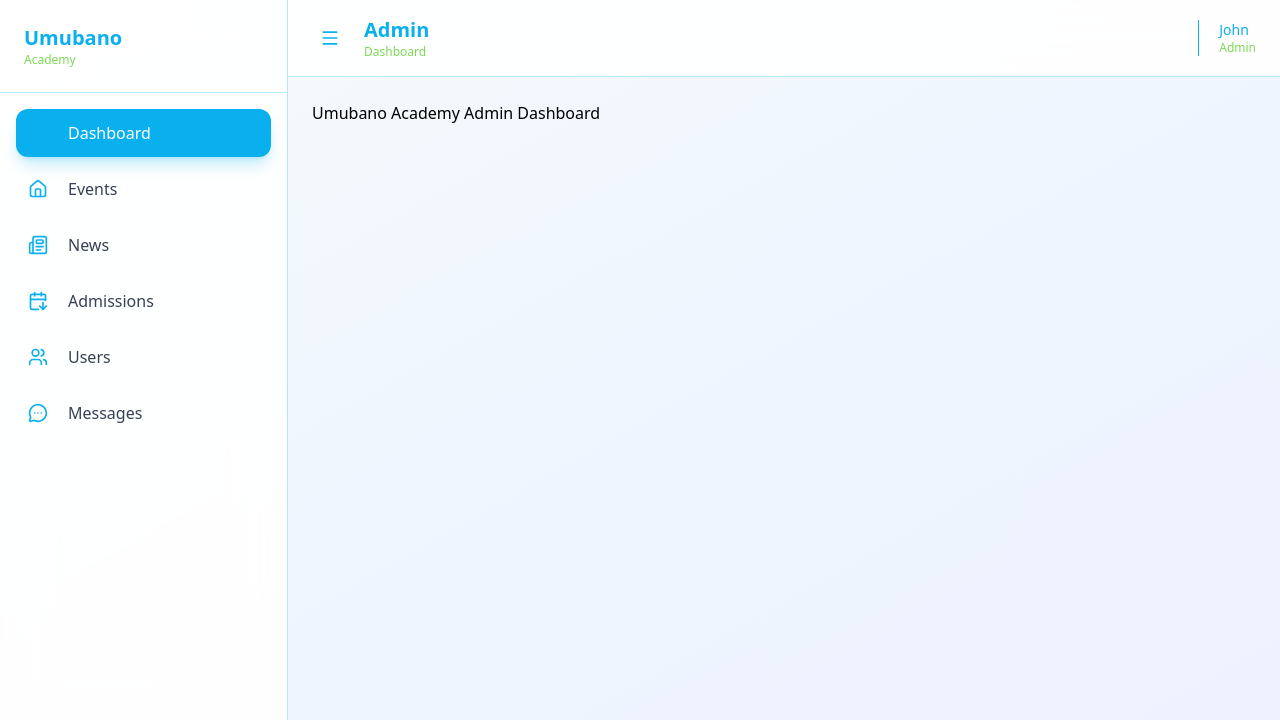
Repository: Umubano-Academy/umubano-academy-website
Page: /admin
The author's editor kept a copy of each file at every save. The page is drawn from the files as they stood at one save, then again after the next save.
The browser window is 1280 px wide. The pictures show the whole page.
The project was rebuilt for these pictures with package versions that can differ from the ones it lists, and the page was loaded fresh each time. Also part of the build but not shown: vite.config.js, src/components/guest/NavBar.jsx, src/components/guest/Hero.jsx, src/components/guest/Event.jsx, src/components/guest/News.jsx, src/components/guest/Footer.jsx, src/components/guest/Layout.jsx, src/components/guest/Contact.jsx and 9 more. Imported but missing from the stored project, and not drawn on this page: src/assets/addons/Primary-Enrolment-Handout-2025.pdf, src/assets/addons/Secondary-Enrolment-Handout-2025-2026.pdf.

Above is the page before, as saved 2026-01-20 09:53:07.

### index.html
<!doctype html>
<html lang="en">
  <head>
    <meta charset="UTF-8" />
    <!-- <link rel="icon" type="image/svg+xml" href="/vite.svg" /> -->
    <meta name="viewport" content="width=device-width, initial-scale=1.0" />
    <title>umubano-academy</title>
  </head>
  <body>
    <div id="root"></div>
    <script type="module" src="/src/main.jsx"></script>
  </body>
</html>

### src/App.jsx
import React from 'react'
import { BrowserRouter, Route, Routes } from 'react-router-dom'
import NavBar from './components/guest/NavBar'
import Hero from './components/guest/Hero'
import Event from './components/guest/Event'
import News from './components/guest/News'
import Layout from './components/guest/Layout'
import Home from './components/guest/Home'
import Admission from './components/guest/Admission'
import Academic from './components/guest/Academic'
import About from './components/guest/About'
import LayOut from './components/admin/LayOut'
import Dashboard from './components/admin/pages/Dashboard'
import Login from './components/guest/forms/Login'
import ResetPassword from './components/guest/forms/ResetPassword'
import Primary from './components/guest/primary'


function App() {
  return (
    <BrowserRouter>

    <Routes>
      <Route path='/' element={<Layout />}>
      <Route index element={<Home />} />
      <Route path='/admissions' element={<Admission />} />
      <Route path='/academic' element={<Academic />} />
      <Route path='/aboutus' element={<About />} />
      <Route path='/login' element={<Login />} />
      <Route path="/password-reset" element={<ResetPassword />} />
      <Route path='/primary' element={<Primary />} />
      </Route>

      <Route path='/admin' element={<LayOut />}>
      <Route index element={<Dashboard />} />
      </Route>
    </Routes>
    </BrowserRouter>

  )
}

export default App

### src/components/admin/LayOut.jsx
import React, { useEffect, useState } from 'react'
import SideBar from '../admin/sidebar/SideBar'
import Header from '../admin/Header/Header'
import { Outlet } from 'react-router-dom'

function LayOut() {

  const [sideBarCollapsed, setSideBarCollapsed] = useState(false);
  const [currentPage, setCurrentPage] = useState("dashboard");

  useEffect(() =>{
    const handlerResize = () =>{
      if(window.innerWidth <1024){
        setSideBarCollapsed(true);
      }else{
        setSideBarCollapsed(false);
      }
    };

    handlerResize();
    window.addEventListener("resize", handlerResize)
    return () => window.removeEventListener("resize", handlerResize);
  },  []);
  return (

    <div className=' min-h-screen bg-gradient-to-br from-slate-50 via-blue-50 to-indigo-50 dark:from-slate-900 dark:via-slate-800 dark:to-slate-900 transition-all duration-500 '>
       <div className=' flex h-screen overflow-hidden' >
      <SideBar
          collapsed={sideBarCollapsed}
          onToggle={() => setSideBarCollapsed(!sideBarCollapsed)}
          currentPage={currentPage}
          onPageChange={setCurrentPage}
        />

      <div className='flex-1 flex flex-col overflow-hidden'>
          <Header
            sideBarCollapsed={sideBarCollapsed}
            onToggleSidebar={() => setSideBarCollapsed(!sideBarCollapsed)}
          />
          <div className='flex-1 overflow-y-auto bg-transparent'>
            <div className='p-6 space-y-6'>
              <Outlet />
            </div>
          </div>
        </div>
    </div>
    </div>

  )
}

export default LayOut

### src/components/admin/pages/Dashboard.jsx
// import React from "react";
// import { stats, bookingGraphData } from "./dashboardData";
// import {
//   Users,
//   ShoppingBag,
//   BadgeDollarSign,
//   TrendingUp,
// } from "lucide-react";
// import {
//   LineChart,
//   Line,
//   XAxis,
//   YAxis,
//   CartesianGrid,
//   Tooltip,
//   ResponsiveContainer,
// } from "recharts";

// function Dashboard() {
//   return (
//     <div className="p-6 space-y-6">

//       <h1 className="text-2xl font-bold text-slate-800 dark:text-white">
//         Dashboard Overview
//       </h1>


//       <div className="grid grid-cols-1 md:grid-cols-3 gap-6">

//         {/* USERS CARD */}
//         <div className="p-6 bg-white/80 dark:bg-slate-900/80 rounded-2xl shadow-lg border border-slate-200/50 dark:border-slate-700/50">
//           <div className="flex items-center justify-between mb-3">
//             <Users className="w-8 h-8 text-orange-500" />
//             <span className="text-green-500 text-sm">{stats.users.growth}</span>
//           </div>
//           <h2 className="text-3xl font-bold dark:text-white">
//             {stats.users.thisYear}
//           </h2>
//           <p className="text-slate-500 dark:text-slate-300 text-sm mt-1">
//             Users This Year
//           </p>
//         </div>

//         {/* BOOKINGS CARD */}
//         <div className="p-6 bg-white/80 dark:bg-slate-900/80 rounded-2xl shadow-lg border border-slate-200/50 dark:border-slate-700/50">
//           <div className="flex items-center justify-between mb-3">
//             <ShoppingBag className="w-8 h-8 text-orange-500" />
//             <span className="text-green-500 text-sm">+12%</span>
//           </div>
//           <h2 className="text-3xl font-bold dark:text-white">
//             {stats.bookings.total}
//           </h2>
//           <p className="text-slate-500 dark:text-slate-300 text-sm mt-1">
//             Total Bookings
//           </p>
//         </div>

//         {/* REVENUE CARD */}
//         <div className="p-6 bg-white/80 dark:bg-slate-900/80 rounded-2xl shadow-lg border border-slate-200/50 dark:border-slate-700/50">
//           <div className="flex items-center justify-between mb-3">
//             <BadgeDollarSign className="w-8 h-8 text-orange-500" />
//             <span className="text-green-500 text-sm">{stats.revenue.growth}</span>
//           </div>
//           <h2 className="text-3xl font-bold dark:text-white">
//             {stats.revenue.thisMonth.toLocaleString()} RWF
//           </h2>
//           <p className="text-slate-500 dark:text-slate-300 text-sm mt-1">
//             Revenue This Month
//           </p>
//         </div>
//       </div>

//       {/* BOTTOM 3 SUMMARY CARDS */}
//       <div className="grid grid-cols-1 md:grid-cols-3 gap-6">

//         {/* USER BREAKDOWN */}
//         <div className="p-6 bg-white/80 dark:bg-slate-900/80 rounded-xl border border-slate-200/50 dark:border-slate-700/50">
//           <h3 className="font-semibold dark:text-white mb-3">User Summary</h3>
//           <ul className="space-y-1 text-sm text-slate-600 dark:text-slate-300">
//             <li>Today: {stats.users.today}</li>
//             <li>Yesterday: {stats.users.yesterday}</li>
//             <li>Last Week: {stats.users.lastWeek}</li>
//             <li>Last Year: {stats.users.lastYear}</li>
//           </ul>
//         </div>

//         {/* BOOKING BREAKDOWN */}
//         <div className="p-6 bg-white/80 dark:bg-slate-900/80 rounded-xl border border-slate-200/50 dark:border-slate-700/50">
//           <h3 className="font-semibold dark:text-white mb-3">Booking Summary</h3>
//           <ul className="space-y-1 text-sm text-slate-600 dark:text-slate-300">
//             <li>Today: {stats.bookings.today}</li>
//             <li>Pending: {stats.bookings.pending}</li>
//             <li>Completed: {stats.bookings.completed}</li>
//             <li>Cancelled: {stats.bookings.cancelled}</li>
//           </ul>
//         </div>

//         {/* REVENUE BREAKDOWN */}
//         <div className="p-6 bg-white/80 dark:bg-slate-900/80 rounded-xl border border-slate-200/50 dark:border-slate-700/50">
//           <h3 className="font-semibold dark:text-white mb-3">Revenue Summary</h3>
//           <ul className="space-y-1 text-sm text-slate-600 dark:text-slate-300">
//             <li>Total Revenue: {stats.revenue.total.toLocaleString()} RWF</li>
//             <li>This Month: {stats.revenue.thisMonth.toLocaleString()} RWF</li>
//             <li>Pending: {stats.revenue.pending.toLocaleString()} RWF</li>
//             <li>Last Month: {stats.revenue.lastMonth.toLocaleString()} RWF</li>
//           </ul>
//         </div>
//       </div>

//       {/* BOOKINGS CHART */}
//       <div className="p-6 bg-white/80 dark:bg-slate-900/80 border border-slate-200/50 dark:border-slate-700/50 rounded-xl shadow-md">
//         <h2 className="text-lg font-bold mb-4 dark:text-white">
//           Bookings This Week
//         </h2>

//         <ResponsiveContainer width="100%" height={300}>
//           <LineChart data={bookingGraphData}>
//             <CartesianGrid strokeDasharray="3 3" />
//             <XAxis dataKey="day" />
//             <YAxis />
//             <Tooltip />
//             <Line
//               type="monotone"
//               dataKey="bookings"
//               stroke="#f97316"
//               strokeWidth={3}
//             />
//           </LineChart>
//         </ResponsiveContainer>
//       </div>
//     </div>
//   );
// }

// export default Dashboard;




import React from 'react'

function Dashboard() {
  return (
    <div className=' te '>
      Umubano Academy Admin Dashboard
    </div>
  )
}

export default Dashboard

### src/components/admin/sidebar/SideBar.jsx
import React, { useState } from "react";
import menuData from "./data/menuData";
import { Link } from "react-router-dom";
import { GraduationCap } from "lucide-react";

function SideBar({ collapsed, onToggle, currentPage, onPageChange }) {
  const [expandedItems, setExpandedItems] = useState(new Set(["dashboard"]));

  const toggleExpand = (itemId) => {
    const updated = new Set(expandedItems);
    updated.has(itemId) ? updated.delete(itemId) : updated.add(itemId);
    setExpandedItems(updated);
  };

  return (
    <div
      className={`${
        collapsed ? "w-20" : "w-72"
      } transition-all duration-300 ease-in-out bg-white/90 backdrop-blur-xl border-r border-[#0AB0EE]/30 flex flex-col relative z-10`}
    >
      {/* Header Logo */}
      <div className="p-6 border-b border-[#0AB0EE]/30">
        <div className="flex items-center space-x-3">
          {/* <div className="w-12 h-12 bg-[#FFDE59] text-[#0AB0EE] flex items-center justify-center rounded-xl">
            <GraduationCap size={28} />
          </div> */}

          {!collapsed && (
            <div>
              <h1 className="text-xl font-bold text-[#0AB0EE]">Umubano</h1>
              <p className="text-xs text-[#7ED956]">Academy</p>
            </div>
          )}
        </div>
      </div>

      {/* Navigation Menu */}
      <nav className="flex-1 space-y-2 p-4 overflow-y-auto">
        {menuData.map((item) => (
          <div key={item.id}>
            {/* Main Menu Item */}
            <Link
              to={item.path}
              className={`w-full flex items-center justify-between p-3 rounded-xl cursor-pointer transition-all duration-200 ${
                currentPage === item.id
                  ? "bg-[#0AB0EE] text-white shadow-lg shadow-[#0AB0EE]/25"
                  : "text-gray-700 hover:bg-[#FFDE59]/20"
              }`}
              onClick={() => {
                if (item.submenu) {
                  toggleExpand(item.id);
                } else {
                  onPageChange(item.id);
                }
              }}
            >
              <div className="flex items-center space-x-3">
                <item.icon className="w-5 h-5 text-[#0AB0EE]" />

                {!collapsed && (
                  <>
                    <span className="font-medium ml-2">{item.label}</span>
                    {item.count && (
                      <span className="px-2 py-1 rounded-full text-center text-sm bg-[#7ED956]/30 text-[#0AB0EE]">
                        {item.count}
                      </span>
                    )}
                  </>
                )}
              </div>

              {/* Submenu Arrow */}
              {!collapsed && item.submenu && (
                <span
                  className={`transition-transform text-[#0AB0EE] ${
                    expandedItems.has(item.id) ? "rotate-90" : ""
                  }`}
                >
                  ▶
                </span>
              )}
            </Link>

            {/* Submenu */}
            {item.submenu && expandedItems.has(item.id) && !collapsed && (
              <div className="ml-10 mt-1 space-y-1 transition-all duration-300">
                {item.submenu.map((sub) => (
                  <Link
                    key={sub.id}
                    to={sub.path}
                    onClick={() => onPageChange(sub.id)}
                    className={`block p-2 rounded-lg text-sm ${
                      currentPage === sub.id
                        ? "bg-[#7ED956] text-white"
                        : "text-gray-600 hover:bg-[#FFDE59]/20"
                    }`}
                  >
                    {sub.label}
                  </Link>
                ))}
              </div>
            )}
          </div>
        ))}
      </nav>
    </div>
  );
}

export default SideBar;

### src/components/admin/Header/Header.jsx
import React, { useState, useEffect, useRef } from "react";
import { Menu, User, Cog, LogOut } from "lucide-react";

function Header({ sideBarCollapsed, onToggleSidebar }) {
  const [openDropdown, setOpenDropdown] = useState(null);
  const dropdownRef = useRef();
  const [userInfo, setUserInfo] = useState({
    first_name: "John",
    roles: "Admin",
  });

  // Close dropdown when clicking outside
  useEffect(() => {
    function handleClickOutside(e) {
      if (dropdownRef.current && !dropdownRef.current.contains(e.target)) {
        setOpenDropdown(null);
      }
    }
    document.addEventListener("mousedown", handleClickOutside);
    return () => document.removeEventListener("mousedown", handleClickOutside);
  }, []);

  const handleNavigate = (path) => {
    console.log("Navigate to:", path);
    setOpenDropdown(null);
  };

  return (
    <div className="bg-white/90 backdrop-blur-xl border-b border-[#0AB0EE]/30 px-6 py-4 relative z-40">
      <div className="flex items-center justify-between">
        {/* Left Section */}
        <div className="flex items-center space-x-4">
          <button
            className="p-2 rounded-lg text-[#0AB0EE] hover:bg-[#FFDE59]/30 transition-colors"
            onClick={onToggleSidebar}
          >
            <Menu className="w-5 h-5" />
          </button>

          <div className="hidden md:block">
            <p className="text-xl font-black text-[#0AB0EE]">Admin</p>
            <p className="text-xs font-medium text-[#7ED956]">Dashboard</p>
          </div>
        </div>

        {/* Right Section */}
        <div className="flex items-center space-x-3" ref={dropdownRef}>
          {/* User Menu */}
          <div className="relative">
            <button
              onClick={() =>
                setOpenDropdown(openDropdown === "user" ? null : "user")
              }
              className="flex items-center pl-3 border-l border-[#0AB0EE]"
            >
              <User className="w-5 h-5 text-[#0AB0EE] md:hidden" />

              <div className="hidden md:flex flex-col ml-2 text-left">
                <p className="text-sm font-medium text-[#0AB0EE]">
                  {userInfo?.first_name}
                </p>
                <p className="text-xs text-[#7ED956]">{userInfo?.roles}</p>
              </div>
            </button>

            {openDropdown === "user" && (
              <div className="absolute right-0 mt-2 w-48 bg-white shadow-xl rounded-xl overflow-hidden z-50 border border-[#0AB0EE]/30">
                <button
                  onClick={() => handleNavigate("/marchant/myprofile")}
                  className="flex items-center space-x-2 w-full px-4 py-2 hover:bg-[#FFDE59]/30 transition-colors"
                >
                  <User className="w-4 h-4 text-[#0AB0EE]" /> <span>Profile</span>
                </button>
                <button
                  onClick={() => handleNavigate("/marchant/update-profile")}
                  className="flex items-center space-x-2 w-full px-4 py-2 hover:bg-[#FFDE59]/30 transition-colors"
                >
                  <Cog className="w-4 h-4 text-[#0AB0EE]" /> <span>Settings</span>
                </button>
                <button
                  className="flex items-center space-x-2 w-full px-4 py-2 text-red-600 hover:bg-red-100 dark:hover:bg-red-800/30 transition-colors"
                >
                  <LogOut className="w-4 h-4" /> <span>Logout</span>
                </button>
              </div>
            )}
          </div>
        </div>
      </div>
    </div>
  );
}

export default Header;

### src/components/admin/sidebar/data/menuData.js
import {
  House,

  Users,
  CalendarArrowDown,
  LayoutDashboard,
  MessageCircleMore,
  Newspaper,
} from "lucide-react";

const menuData = [
  {
    id: "dashboard",
    title: "dashboard",
    label: "Dashboard",
    path: "/admin",
    icon: LayoutDashboard,
  },
  {
    id: "events",
    title: "eventss",
    label: "Events",
    path: "/admin/eventss",
    icon: House,
  },
  {
    id: "news",
    title: "news",
    label: "News",
    path: "/admin/news",
    icon: Newspaper,
  },
  {
    id: "admission",
    title: "admission",
    label: "Admissions",
    path: "/admin/admission",
    icon: CalendarArrowDown,
  },

  {
    id: "users",
    title: "users",
    label: "Users",
    path: "/admin/users",
    icon: Users,
  },
  {
    id: "messages",
    title: "messagess",
    label: "Messages",
    path: "/admin/messages",
    icon: MessageCircleMore,
  },
];


export default menuData;

Loaded but not shown: src/main.jsx (common file); src/index.css (common file)

After the next save:
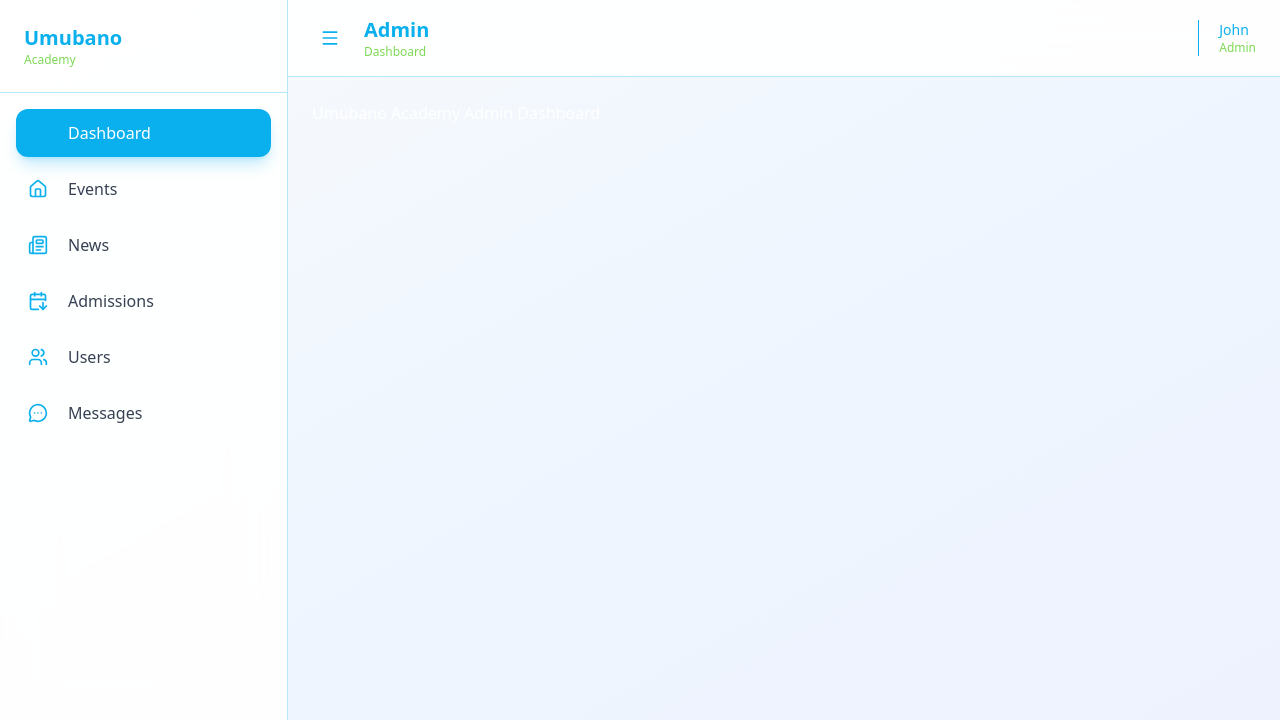
Saved 4 s later.
--- a/src/components/admin/pages/Dashboard.jsx
+++ b/src/components/admin/pages/Dashboard.jsx
@@ -141,7 +141,7 @@
 
 function Dashboard() {
   return (
-    <div className=' te '>
+    <div className=' text-white '>
       Umubano Academy Admin Dashboard
     </div>
   )
